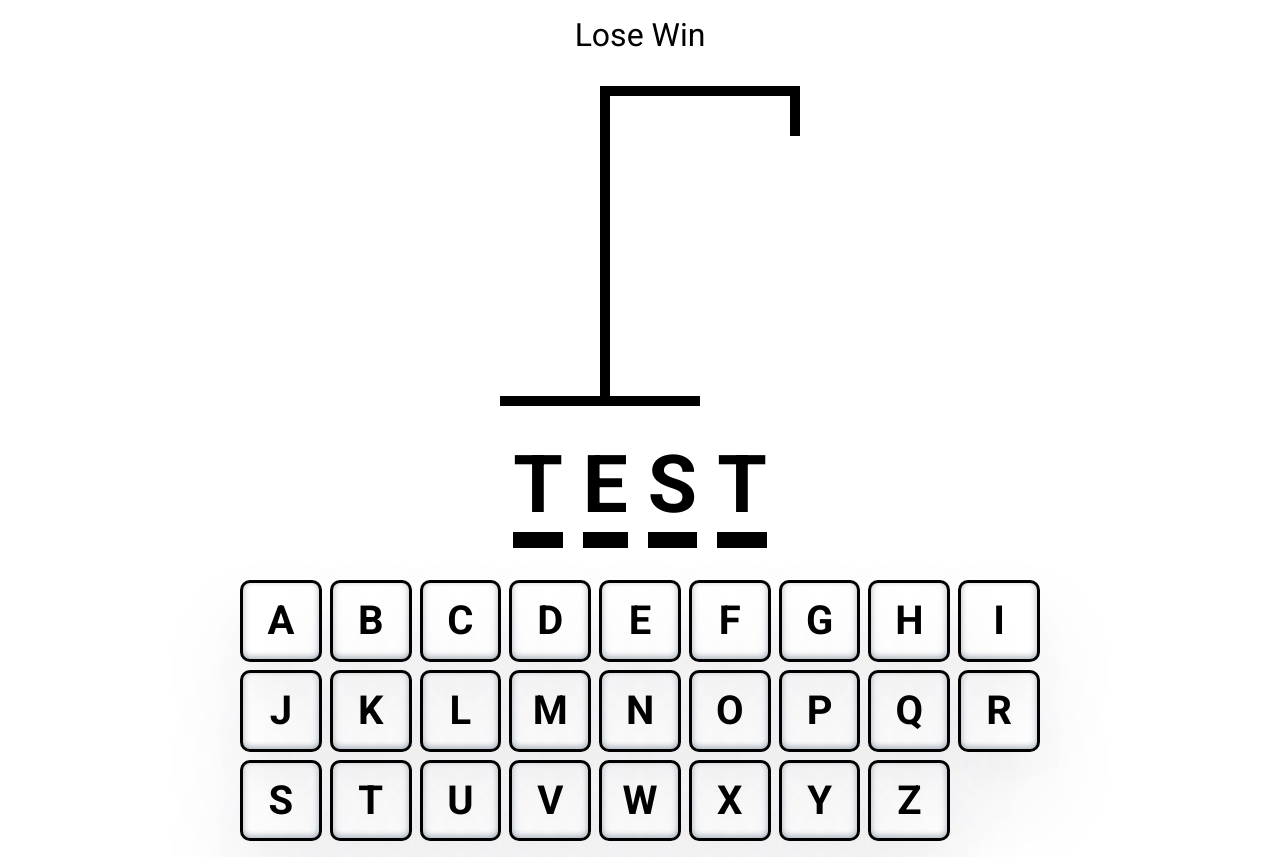
Repository: guilhermecardoso93/jogodaforca
Page: /
The author's editor kept a copy of each file at every save. The page is drawn from the files as they stood at one save, then again after the next save.
The browser window is 1280 px wide. The pictures show the whole page.
The project was rebuilt for these pictures with package versions that can differ from the ones it lists, and the page was loaded fresh each time. Also part of the build but not shown: vite.config.ts.

Above is the page before, as saved 2022-12-06 21:46:16.

### index.html
<!DOCTYPE html>
<html lang="en">
  <head>
    <meta charset="UTF-8" />
    <link rel="icon" type="image/svg+xml" href="/vite.svg" />
    <meta name="viewport" content="width=device-width, initial-scale=1.0" />
    <link rel="preconnect" href="https://fonts.googleapis.com"><link
      rel="preconnect" href="https://fonts.gstatic.com" crossorigin><link
      href="https://fonts.googleapis.com/css2?family=Roboto:ital,wght@0,400;0,500;0,700;1,400&display=swap"
      rel="stylesheet">
    <title>Vite + React + TS</title>
  </head>
  <body>
    <div id="root"></div>
    <script type="module" src="/src/main.tsx"></script>
  </body>
</html>

### src/App.tsx
import { useState } from "react";
import words from "./wordList.json";

import { HangmanDrawing } from "./components/HangmanDrawing";
import { HangmanWord } from "./components/HangmanWord";
import { Keyboard } from "./components/Keyboard";

import "./App.css";

export function App() {
  const randomWords = () => {
    return words[Math.floor(Math.random() * words.length)];
  };

  const [wordToGuess, setWordToGuess] = useState(randomWords);
  const [guessedLetters, setGuessedLetters] = useState<string[]>([]);

  const incorrectLetters = guessedLetters.filter(
    letter => !wordToGuess.includes(letter)
  )

  console.log(wordToGuess);
  return (
    <div className="container">
      <div className="loseOrWin">Lose Win</div>
      <HangmanDrawing numberOfGuesses={incorrectLetters.length}/>
      <HangmanWord />
      <div style={{ alignSelf: "stretch" }}>
        <Keyboard />
      </div>
    </div>
  );
}

### src/wordList.json
[
  "capaz",
  "sobre",
  "absoluto",
  "aceitar",
  "conta",
  "alcançar",
  "através",
  "ativo",
  "real",
  "Admitem",
  "anunciar",
  "afetar",
  "proporcionar",
  "depois",
  "tarde",
  "novamente",
  "contra",
  "agente",
  "aceita",
  "permitir",
  "quase",
  "já",
  "tudo bem",
  "também",
  "Apesar",
  "sempre",
  "América",
  "quantia",
  "outro",
  "responda",
  "separado",
  "aparente",
  "aparecer",
  "Aplique",
  "nomear",
  "abordagem",
  "apropriado",
  "área",
  "argumentar",
  "arranjo",
  "associado",
  "presumir",
  "participar",
  "autoridade",
  "acessível",
  "consciente",
  "horrível",
  "bebê",
  "Saldo",
  "bola",
  "banco",
  "base",
  "base",
  "urso",
  "bater",
  "beleza",
  "Porque",
  "antes da",
  "começar",
  "acreditam",
  "beneficiar",
  "melhor",
  "entre",
  "conta",
  "nascimento",
  "Preto",
  "cara",
  "sangue",
  "golpe",
  "limite",
  "linha",
  "Lista",
  "ouço",
  "pequena",
  "viver",
  "carregar",
  "local",
  "trancar",
  "Londres",
  "grandes",
  "olhar",
  "senhor",
  "perder",
  "amor",
  "sorte",
  "almoço",
  "máquina",
  "faço",
  "gerir",
  "muitos",
  "marca",
  "mercado",
  "casar",
  "Combine",
  "matéria",
  "significa",
  "significado",
  "a medida",
  "encontrar",
  "membro",
  "menção",
  "meio",
  "poderia",
  "milha",
  "ouvir",
  "coração",
  "aquecer",
  "pesado",
  "inferno",
  "ajuda",
  "aqui",
  "Alto",
  "história",
  "aguarde",
  "feriado",
  "casa",
  "honesto",
  "esperança",
  "cavalo",
  "hospital",
  "hora",
  "lar",
  "Contudo",
  "olá",
  "centenas",
  "esposo",
  "idéia",
  "identificar",
  "Imagine",
  "importante",
  "melhorar",
  "incluir",
  "renda",
  "aumentar",
  "na verdade",
  "Individual",
  "indústria",
  "informar",
  "garantir",
  "interesse",
  "em",
  "introduzir",
  "investir",
  "envolver",
  "questão",
  "item",
  "Jesus",
  "Junte",
  "juiz",
  "pular",
  "apenas",
  "guarda",
  "matar",
  "Gentil",
  "rei",
  "cozinha",
  "bater",
  "conhecer",
  "trabalho",
  "senhora",
  "terra",
  "Língua",
  "ampla",
  "último",
  "tarde",
  "riso",
  "conduzir",
  "aprender",
  "sair",
  "deixei",
  "menos",
  "carta",
  "nível",
  "vida",
  "leve",
  "Curti",
  "provável",
  "cinco",
  "apartamento",
  "piso",
  "Segue",
  "Comida",
  "pé",
  "força",
  "esquecer",
  "Formato",
  "fortuna",
  "frente",
  "quatro",
  "França",
  "gratuitamente",
  "amigo",
  "a partir de",
  "frente",
  "cheio",
  "função",
  "fundo",
  "futuro",
  "jogos",
  "jardim",
  "em geral",
  "Alemanha",
  "menina",
  "dar",
  "vidro",
  "Boa",
  "adeus",
  "governo",
  "grande",
  "conceder",
  "excelente",
  "verde",
  "chão",
  "grupo",
  "crescer",
  "acho",
  "cabelo",
  "metade",
  "corredor",
  "mão",
  "pendurar",
  "acontecer",
  "feliz",
  "duro",
  "odiar",
  "tenho",
  "cabeça",
  "saúde"
]

### src/components/HangmanDrawing.tsx
const HEAD = (
  <div
    style={{
      width: "50px",
      height: "50px",
      borderRadius: "100%",
      border: "10px solid black",
      position: "absolute",
      top: "49px",
      right: "-20px",
    }}
  />
);

const BODY = (
  <div
    style={{
      width: "10px",
      height: "100px",
      background: "black",
      position: "absolute",
      top: "90px",
      right: 0,
    }}
  />
);

const RIGHT_ARM = (
  <div
    style={{
      width: "100px",
      height: "10px",
      background: "black",
      position: "absolute",
      top: "120px",
      right: "-100px",
      rotate: "-30deg",
      transformOrigin: "left bottom",
    }}
  />
);

const LEFT_ARM = (
  <div
    style={{
      width: "100px",
      height: "10px",
      background: "black",
      position: "absolute",
      top: "120px",
      right: "10px",
      rotate: "30deg",
      transformOrigin: "right bottom",
    }}
  />
);

const RIGHT_LEG = (
  <div
    style={{
      width: "100px",
      height: "10px",
      background: "black",
      position: "absolute",
      top: "180px",
      right: "-90px",
      rotate: "60deg",
      transformOrigin: "left bottom",
    }}
  />
);

const LEFT_LEG = (
  <div
    style={{
      width: "100px",
      height: "10px",
      background: "black",
      position: "absolute",
      top: "180px",
      right: 0,
      rotate: "-60deg",
      transformOrigin: "right bottom",
    }}
  />
);

const BODY_PARTS = [HEAD, BODY, RIGHT_ARM, LEFT_ARM, RIGHT_LEG, LEFT_LEG];

type HangmanDrawingProps = {
  numberOfGuesses: number
}

export function HangmanDrawing({numberOfGuesses}:HangmanDrawingProps ) {
  return (
    <div style={{ position: "relative" }}>
      {BODY_PARTS.slice(0, numberOfGuesses)}
      <div
        style={{
          height: "50px",
          width: "10px",
          background: "black",
          position: "absolute",
          top: 0,
          right: 0,
        }}
      />
      <div
        style={{
          height: "10px",
          width: "200px",
          background: "black",
          marginLeft: "120px",
        }}
      />
      <div
        style={{
          height: "300px",
          width: "10px",
          background: "black",
          marginLeft: "120px",
        }}
      />
      <div style={{ height: "10px", width: "200px", marginLeft: '20px', background: "black" }} />
    </div>
  );
}

### src/components/HangmanWord.tsx
import "../App.css";

export function HangmanWord() {
  const word = "test";
  const guessedLetters = ["t", "e", "s"];

  return (
    <div className="HangmanWordContainer">
      {word.split("").map((letter, index) => (
        <span key={index}>
          <span
            style={{
              visibility: guessedLetters.includes(letter)
                ? "visible"
                : "hidden",
            }}
          >
            {letter}
          </span>
        </span>
      ))}
    </div>
  );
}

### src/components/Keyboard.tsx
import styles from "./Keyboard.module.css";
const KEYS = [
  "a",
  "b",
  "c",
  "d",
  "e",
  "f",
  "g",
  "h",
  "i",
  "j",
  "k",
  "l",
  "m",
  "n",
  "o",
  "p",
  "q",
  "r",
  "s",
  "t",
  "u",
  "v",
  "w",
  "x",
  "y",
  "z",
];

export function Keyboard() {
  return (
    <div className={styles.KeyboardContainer}>
      {KEYS.map((key) => {
        return (
          <button key={key} className={styles.btn}>
            {key}
          </button>
        );
      })}
    </div>
  );
}

### src/App.css
* {
  margin: 0;
  passing: 0;
  box-sizing: border-box;
  font-family: "Roboto", sans-serif;
}

body {
  margin: 1rem;
}

.container {
  max-width: 800px;
  display: flex;
  flex-direction: column;
  gap: 2rem;
  margin: 0 auto;
  align-items: center;
  justify-content: center;
}

.loseOrWin {
  font-size: 2rem;
  text-align: center;
}

.HangmanWordContainer {
  display: flex;
  gap: 0.25em;
  font-size: 5rem;
  font-weight: bold;
  text-transform: uppercase;
}

.HangmanWordContainer > span {
  border-bottom: 1rem solid black;
}

.HangmanWordContainer .invisibleLetter {
  visibility: hidden;
}

### src/components/Keyboard.module.css
.KeyboardContainer {
  display: grid;
  grid-template-columns: repeat(auto-fit, minmax(75px, 1fr));
  gap: 0.5rem;
  align-itens: center;
}

.btn {
  width: 100%;
  border: 3px solid black;
  background: none;
  aspect-ratio: 1 / 1;
  font-size: 2.5rem;
  text-transform: uppercase;
  padding: 0.5rem;
  font-weight: bold;
  cursor: pointer;
  color: black;
  border-radius: 10px;
  box-shadow: rgba(50, 50, 93, 0.25) 0px 50px 100px -20px,
    rgba(0, 0, 0, 0.3) 0px 30px 60px -30px,
    rgba(10, 37, 64, 0.35) 0px -2px 6px 0px inset;
}

.btn.active {
  background-color: hsl(200, 100%, 50%);
  color: white;
}

.btn.inactive {
  opacity: 0.3;
}

.btn:hover:not(:disabled),
.btn:focus:not(:disabled) {
  background-color: hsl(200, 100%, 75%);
}

Loaded but not shown: src/main.tsx (common file)

After the next save:
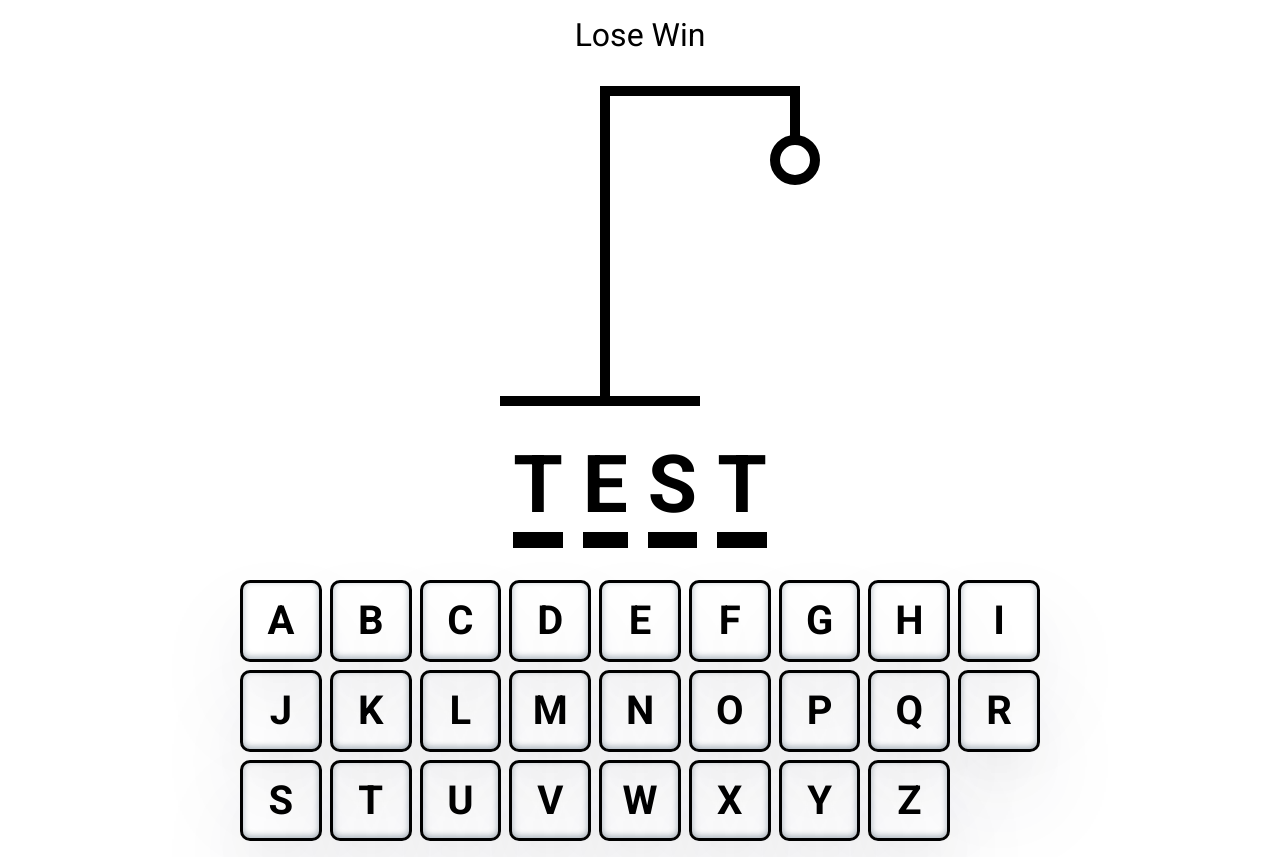
Saved 55 s later.
--- a/src/App.tsx
+++ b/src/App.tsx
@@ -13,7 +13,7 @@ export function App() {
   };
 
   const [wordToGuess, setWordToGuess] = useState(randomWords);
-  const [guessedLetters, setGuessedLetters] = useState<string[]>([]);
+  const [guessedLetters, setGuessedLetters] = useState<string[]>(['s']);
 
   const incorrectLetters = guessedLetters.filter(
     letter => !wordToGuess.includes(letter)
